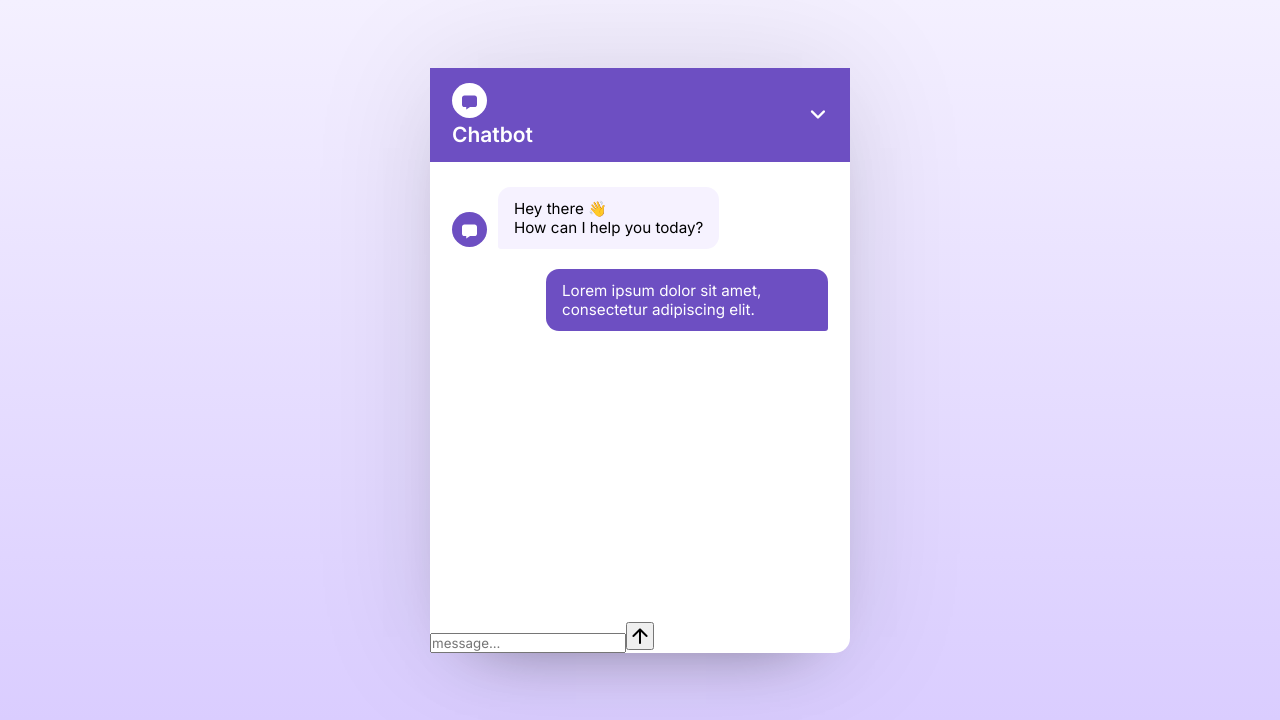
Repository: gogg23/chatbot
Page: / (app in chatbot/)
These files come from the project's save history. The page is drawn as it stood at one moment and after the next save; the edit follows.
The browser window is 1280 px wide. The pictures show the whole page.
The project was rebuilt for these pictures with package versions that can differ from the ones it lists, and the page was loaded fresh each time. Also part of the build but not shown: chatbot/vite.config.js.

Above is the page before, as saved 2025-01-17 12:45:28.

### chatbot/index.html
<!DOCTYPE html>
<html lang="en">
  <head>
    <meta charset="UTF-8" />
    <link rel="icon" type="image/svg+xml" href="/vite.svg" />
    <meta name="viewport" content="width=device-width, initial-scale=1.0" />
    <title>Chatbot in ReactJS</title>
    <!--Linking google Fonts for Icons-->
    <link
      href="https://fonts.googleapis.com/css2?family=Material+Symbols+Rounded"
      rel="stylesheet"
    />
  </head>
  <body>
    <div id="root"></div>
    <script type="module" src="/src/main.jsx"></script>
  </body>
</html>

### chatbot/src/index.css
/*Importing Google Fonts - Inter*/
@import url('https://fonts.googleapis.com/css2?family=Inter:ital,opsz,wght@0,14..32,100..900;1,14..32,100..900&display=swap');

* {
  margin: 0;
  padding: 0;
  box-sizing: border-box;
  font-family: 'Inter', sans-serif;
}

body {
  width: 100%;
  display: flex;
  align-items: center;
  justify-content: center;
  min-height: 100vh;
  background: linear-gradient(#f4f0ff, #dacdff);
}

.chatbot-popup {
  width: 420px;
  background: #fff;
  border-radius: 15px;
  box-shadow: 0 0 128px 0 rgba(0, 0, 0, 0.1),
    0 32px 64px -48px rgba(0, 0, 0, 0.5);
}

.chatbot-popup .chat-header {
  display: flex;
  padding: 15px 22px;
  align-items: center;
  justify-content: space-between;
  background: #6d4fc2;
}

.chatbot-header .header-info {
  display: flex;
  gap: 10px;
  align-items: center;
}

.header-info svg {
  height: 35px;
  width: 35px;
  padding: 6px;
  flex-shrink: 0;
  fill: #6d4fc2;
  background: #fff;
  border-radius: 50%;
}

.header-info .logo-text {
  color: #fff;
  font-size: 1.31rem;
  font-weight: 600;
}

.chat-header button {
  height: 40px;
  width: 40px;
  border: none;
  outline: none;
  color: #fff;
  cursor: pointer;
  font-size: 1.9rem;
  padding-top: 2px;
  border-radius: 50%;
  margin-right: -10px;
  background: none;
  transition: 0.2s ease;
}
.chat-header button:hover {
  background: #593bab;
}
.chat-body {
  display: flex;
  flex-direction: column;
  gap: 20px;
  padding: 25px 22px;
  height: 460px;
  overflow-y: auto;
}

.chat-body .message {
  display: flex;
  gap: 11px;
  align-items: center;
}

.chat-body .bot-message svg {
  height: 35px;
  width: 35px;
  padding: 6px;
  flex-shrink: 0;
  fill: #fff;
  align-self: flex-end;
  margin-bottom: 2px;
  background: #6d4fc2;
  border-radius: 50%;
}

.chat-body .message .message-text {
  padding: 12px 16px;
  max-width: 75%;
  background: #6d4fc2;
  word-wrap: break-word;
  white-space: pre-line;
  font-size: 0.95rem;
}

.chat-body .bot-message .message-text {
  background: #f6f2ff;
  border-radius: 13px 13px 13px 3px;
}

.chat-body .user-message {
  flex-direction: column;
  align-items: flex-end;
}

.chat-body .user-message .message-text {
  color: #fff;
  background: #6d4fc2;
  border-radius: 13px 13px 3px 13px;
}

### chatbot/src/App.jsx
import ChatbotIcon from './components/ChatbotIcon';

const App = () => {
  return (
    <div className='container'>
      <div className='chatbot-popup'>
        {/*Chatbot Header*/}
        <div className='chat-header'>
          <div className='header-info'>
            <ChatbotIcon />
            <h2 className='logo-text'>Chatbot</h2>
          </div>
          <button className='material-symbols-rounded'>
            keyboard_arrow_down
          </button>
        </div>
        {/*Chatbot Body*/}
        <div className='chat-body'>
          <div className='message bot-message'>
            <ChatbotIcon />
            <p className='message-text'>
              Hey there 👋
              <br />
              How can I help you today?
            </p>
          </div>
          <div className='message user-message'>
            <p className='message-text'>
              Lorem ipsum dolor sit amet, consectetur adipiscing elit.
            </p>
          </div>
        </div>
        {/*Chatbot Footer*/}
        <div className='chat-footer'>
          <form action='#' className='chat-form'></form>
          <input
            type='text'
            placeholder='message...'
            className='message-input'
            required
          />
          <button className='material-symbols-rounded'>arrow_upward</button>
        </div>
      </div>
    </div>
  );
};

export default App;

### chatbot/src/components/ChatbotIcon.jsx
const ChatbotIcon = () => {
  return (
    <svg
      xmlns='http://www.w3.org/2000/svg'
      width='50'
      height='50'
      viewBox='0 0 1024 1024'
    >
      <path
        d='M738.3 287.6H285.7c-59 0-106.8
      47.8-106.8 106.8v303.1c0 59 47.8 106.8 106.8 106.8h81.5v111.1c0
      .7.8 1.1 1.4.7l166.9-110.6 41.8-.8h117.4l43.6-.4c59
      0 106.8-47.8 106.8-106.8V394.5c0-59-47.8-106.9-106.8-106.9zM351
      .7 448.2c0-29.5 23.9-53.5 53.5-53.5s53.5 23.9 53.5 53.5-23.9
      53.5-53.5 53.5-53.5-23.9-53.5-53.5zm157.9 267.1c-67.8 0-123.8-47
      .5-132.3-109h264.6c-8.6 61.5-64.5 109-132.3 109zm110-213.7c-29.5
      0-53.5-23.9-53.5-53.5s23.9-53.5 53.5-53.5 53.5 23.9 53.5 53.5-23.9
      53.5-53.5 53.5zM867.2 644.5V453.1h26.5c19.4 0 35.1 15.7 35.1 35.1v121.1c0
      19.4-15.7 35.1-35.1 35.1h-26.5zM95.2 609.4V488.2c0-19.4 15.7-35.1
      35.1-35.1h26.5v191.3h-26.5c-19.4 0-35.1-15.7-35.1-35.1zM561.5 149.6c0 23.4-15.6
      43.3-36.9 49.7v44.9h-30v-44.9c-21.4-6.5-36.9-26.3-36.9-49.7 0-28.6 23.3-51.9 51.9-51.9s51.9
      23.3 51.9 51.9z'
      />
    </svg>
  );
};

export default ChatbotIcon;

Loaded but not shown: chatbot/src/main.jsx (common file)

After the next save:
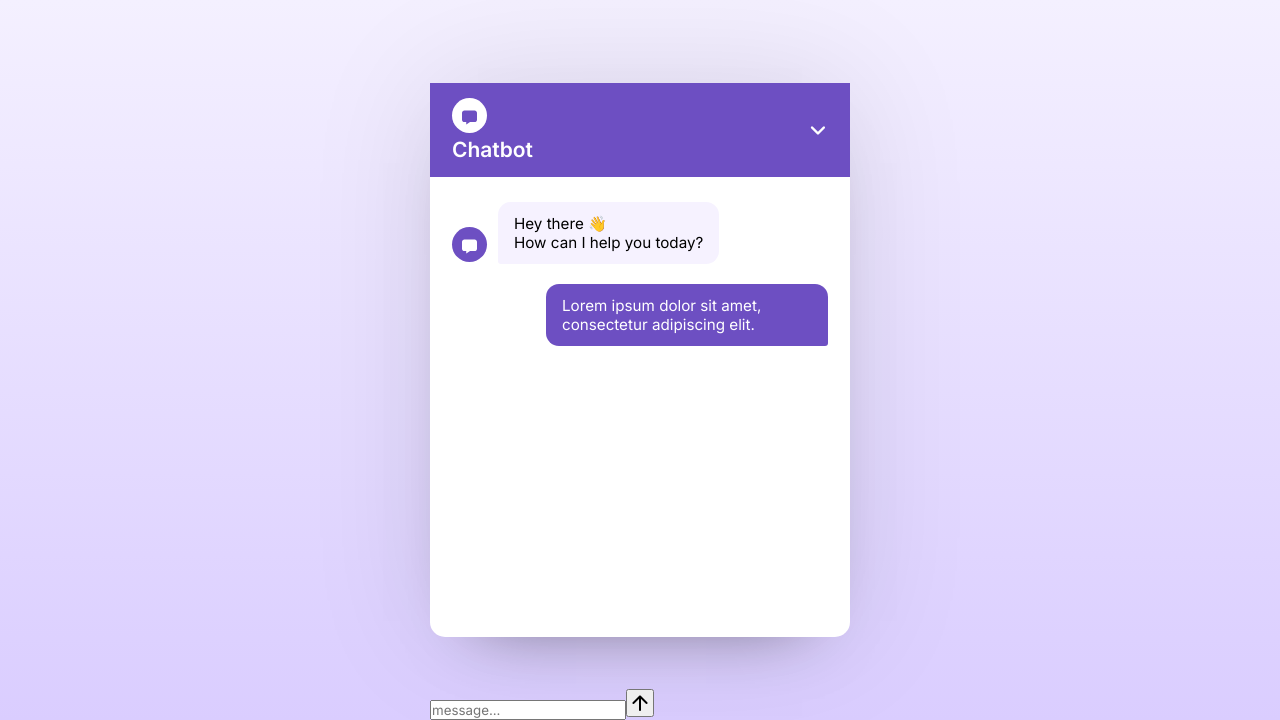
Saved 2 min 36 s later.
--- a/chatbot/src/index.css
+++ b/chatbot/src/index.css
@@ -123,3 +123,8 @@ body {
   background: #6d4fc2;
   border-radius: 13px 13px 3px 13px;
 }
+
+.chat-footer {
+  position: absolute;
+  bottom: 0;
+}
